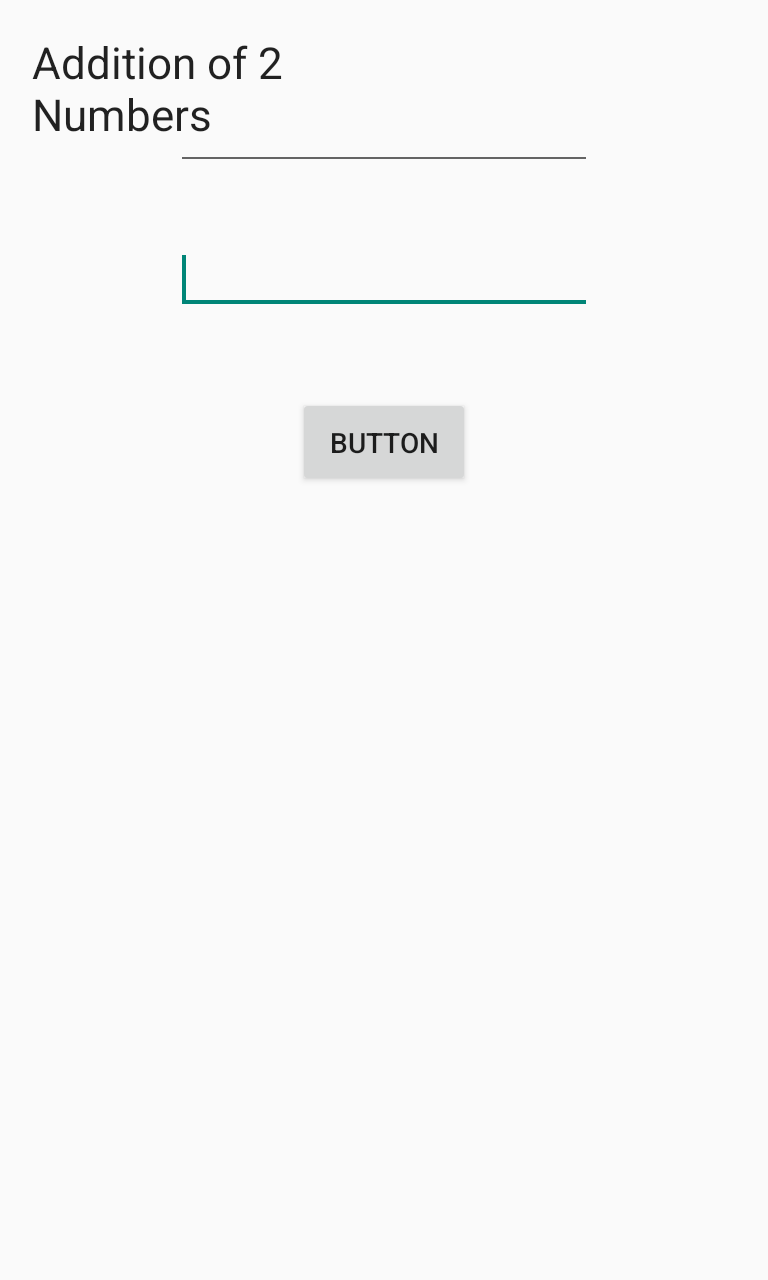
Repository: thamilmani-at-github-io/Learning-Programming-
Layout: Android/Calculator/res/layout/activity_main.xml
These files come from the project's save history. The layout is drawn as it stood at one moment and after the next save; the edit follows.
It is drawn on a 768 x 1280 px phone screen (xhdpi) without system bars, with theme AppTheme; the app's code is not run.

Above is the layout before, as saved 2025-06-14 09:25:33.

### Android/Calculator/res/layout/activity_main.xml
<RelativeLayout xmlns:android="http://schemas.android.com/apk/res/android"
    xmlns:tools="http://schemas.android.com/tools"
    android:layout_width="match_parent"
    android:layout_height="match_parent"
    android:paddingBottom="@dimen/activity_vertical_margin"
    android:paddingLeft="@dimen/activity_horizontal_margin"
    android:paddingRight="@dimen/activity_horizontal_margin"
    android:paddingTop="@dimen/activity_vertical_margin"
    tools:context="com.example.calculator.MainActivity" >

    <EditText
        android:id="@+id/editText1"
        android:layout_width="wrap_content"
        android:layout_height="wrap_content"
        android:layout_below="@+id/textView1"
        android:layout_centerHorizontal="true"
        android:layout_marginTop="30dp"
        android:ems="10" />

    <EditText
        android:id="@+id/editText2"
        android:layout_width="wrap_content"
        android:layout_height="wrap_content"
        android:layout_alignLeft="@+id/editText1"
        android:layout_below="@+id/editText1"
        android:layout_marginTop="30dp"
        android:ems="10" >

        <requestFocus />
    </EditText>

    <Button
        android:id="@+id/button1"
        android:layout_width="wrap_content"
        android:layout_height="wrap_content"
        android:layout_below="@+id/editText2"
        android:layout_centerHorizontal="true"
        android:layout_marginTop="38dp"
        android:text="Button" />

    <TextView
        android:id="@+id/textView3"
        android:layout_width="wrap_content"
        android:layout_height="wrap_content"
        android:layout_alignBottom="@+id/textView1"
        android:layout_alignRight="@+id/button1"
        android:layout_marginBottom="31dp"
        android:text="Addition of 2 Numbers"
        android:textAppearance="?android:attr/textAppearanceLarge" />

</RelativeLayout>

Loaded but not shown: Android/Calculator/res/values/styles.xml (common file); Android/Calculator/res/values-v11/styles.xml (common file); Android/Calculator/res/values-v14/styles.xml (common file); Android/Calculator/res/values/dimens.xml (common file); Android/Calculator/res/values-w820dp/dimens.xml (common file)

After the next save:
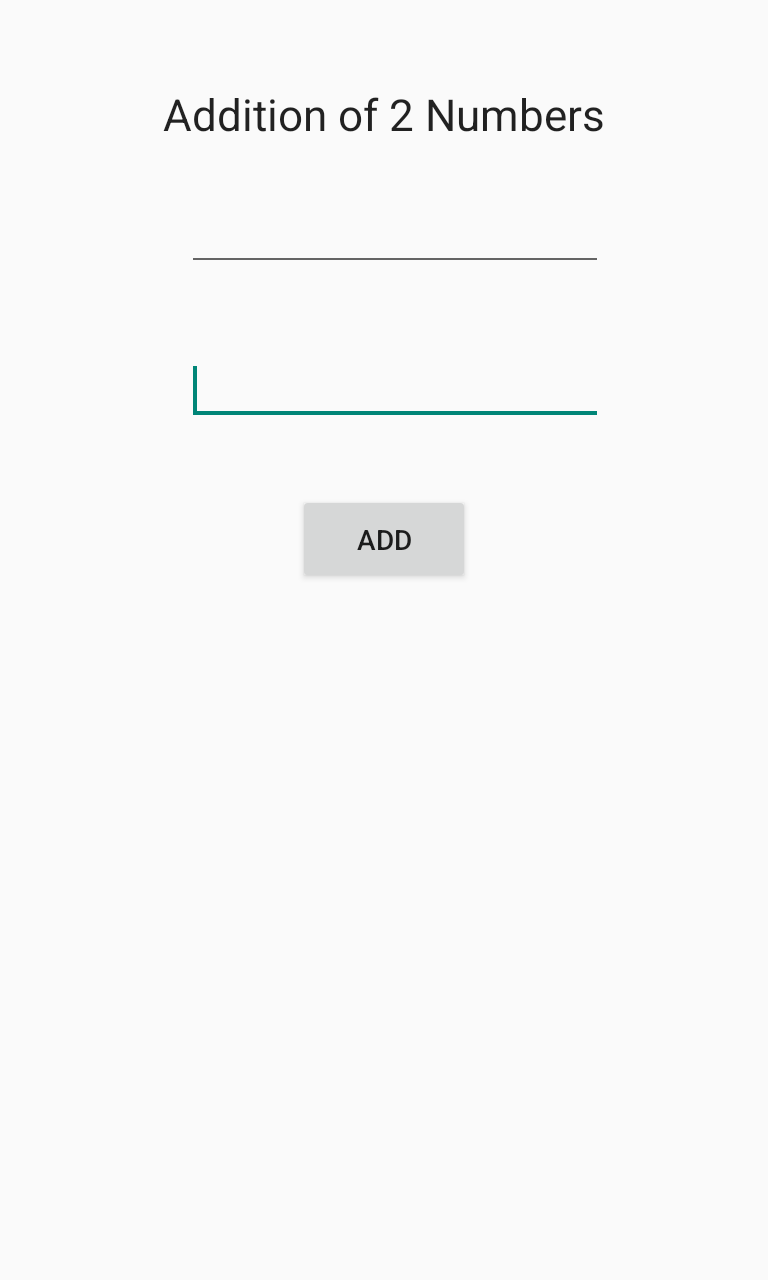
Saved 57 s later.
--- a/Android/Calculator/res/layout/activity_main.xml
+++ b/Android/Calculator/res/layout/activity_main.xml
@@ -8,13 +8,23 @@
     android:paddingTop="@dimen/activity_vertical_margin"
     tools:context="com.example.calculator.MainActivity" >
 
+    <TextView
+        android:id="@+id/textView3"
+        android:layout_width="wrap_content"
+        android:layout_height="wrap_content"
+        android:layout_alignParentTop="true"
+        android:layout_centerHorizontal="true"
+        android:layout_marginTop="26dp"
+        android:text="Addition of 2 Numbers"
+        android:textAppearance="?android:attr/textAppearanceLarge" />
+
     <EditText
         android:id="@+id/editText1"
         android:layout_width="wrap_content"
         android:layout_height="wrap_content"
-        android:layout_below="@+id/textView1"
-        android:layout_centerHorizontal="true"
-        android:layout_marginTop="30dp"
+        android:layout_alignRight="@+id/textView3"
+        android:layout_below="@+id/textView3"
+        android:layout_marginTop="25dp"
         android:ems="10" />
 
     <EditText
@@ -23,7 +33,7 @@
         android:layout_height="wrap_content"
         android:layout_alignLeft="@+id/editText1"
         android:layout_below="@+id/editText1"
-        android:layout_marginTop="30dp"
+        android:layout_marginTop="35dp"
         android:ems="10" >
 
         <requestFocus />
@@ -35,17 +45,7 @@
         android:layout_height="wrap_content"
         android:layout_below="@+id/editText2"
         android:layout_centerHorizontal="true"
-        android:layout_marginTop="38dp"
-        android:text="Button" />
-
-    <TextView
-        android:id="@+id/textView3"
-        android:layout_width="wrap_content"
-        android:layout_height="wrap_content"
-        android:layout_alignBottom="@+id/textView1"
-        android:layout_alignRight="@+id/button1"
-        android:layout_marginBottom="31dp"
-        android:text="Addition of 2 Numbers"
-        android:textAppearance="?android:attr/textAppearanceLarge" />
+        android:layout_marginTop="31dp"
+        android:text="Add" />
 
 </RelativeLayout>
